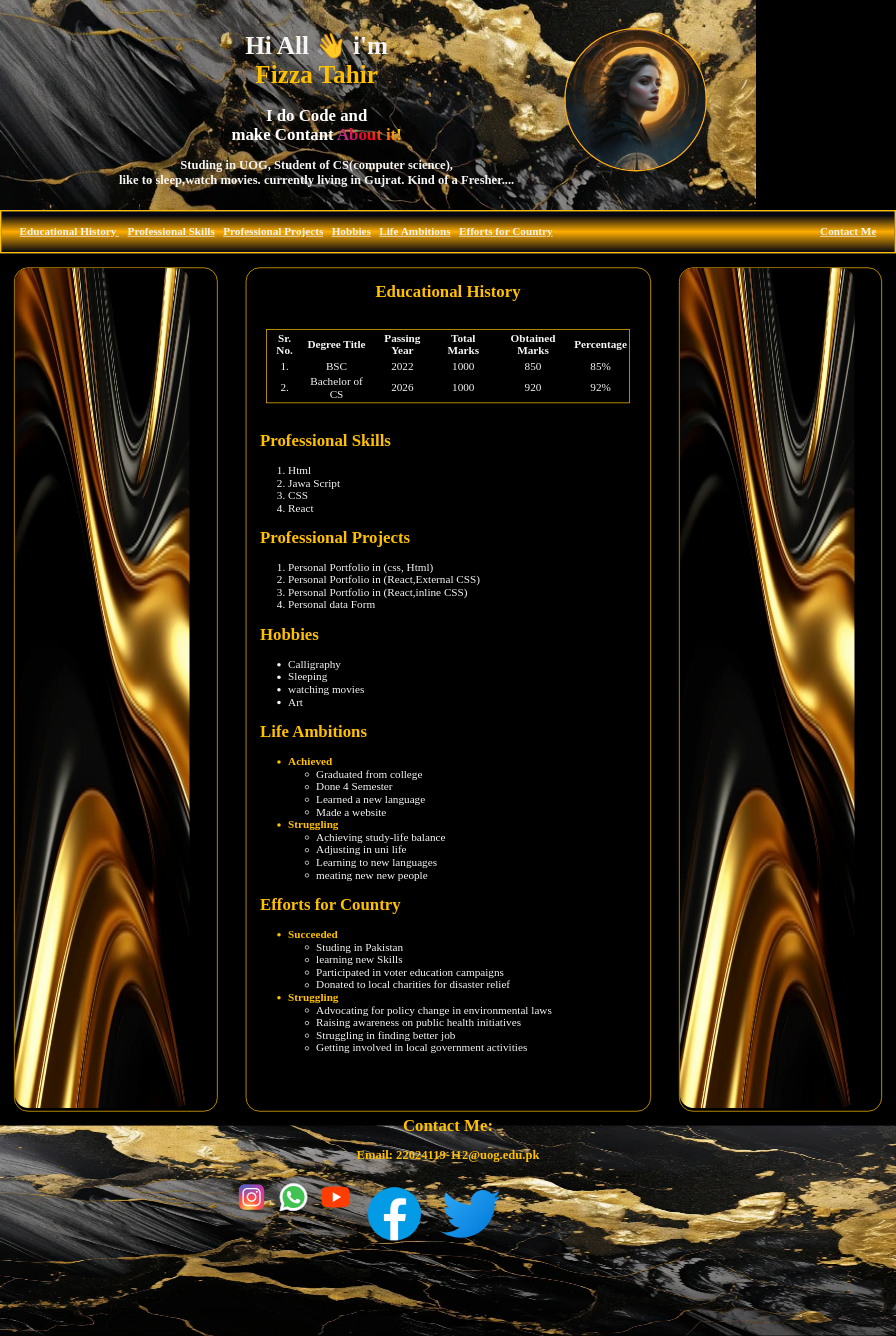
Repository: Fizza-112/project
Page: /
The author's editor kept a copy of each file at every save. The page is drawn from the files as they stood at one save, then again after a run of saves.
The browser window is 1280 px wide. The pictures show the whole page, at 70% of full size.
The project was rebuilt for these pictures with package versions that can differ from the ones it lists, and the page was loaded fresh each time. Also part of the build but not shown: vite.config.ts.

Above is the page before, as saved 2024-09-20 13:44:28.

After the next 4 saves:
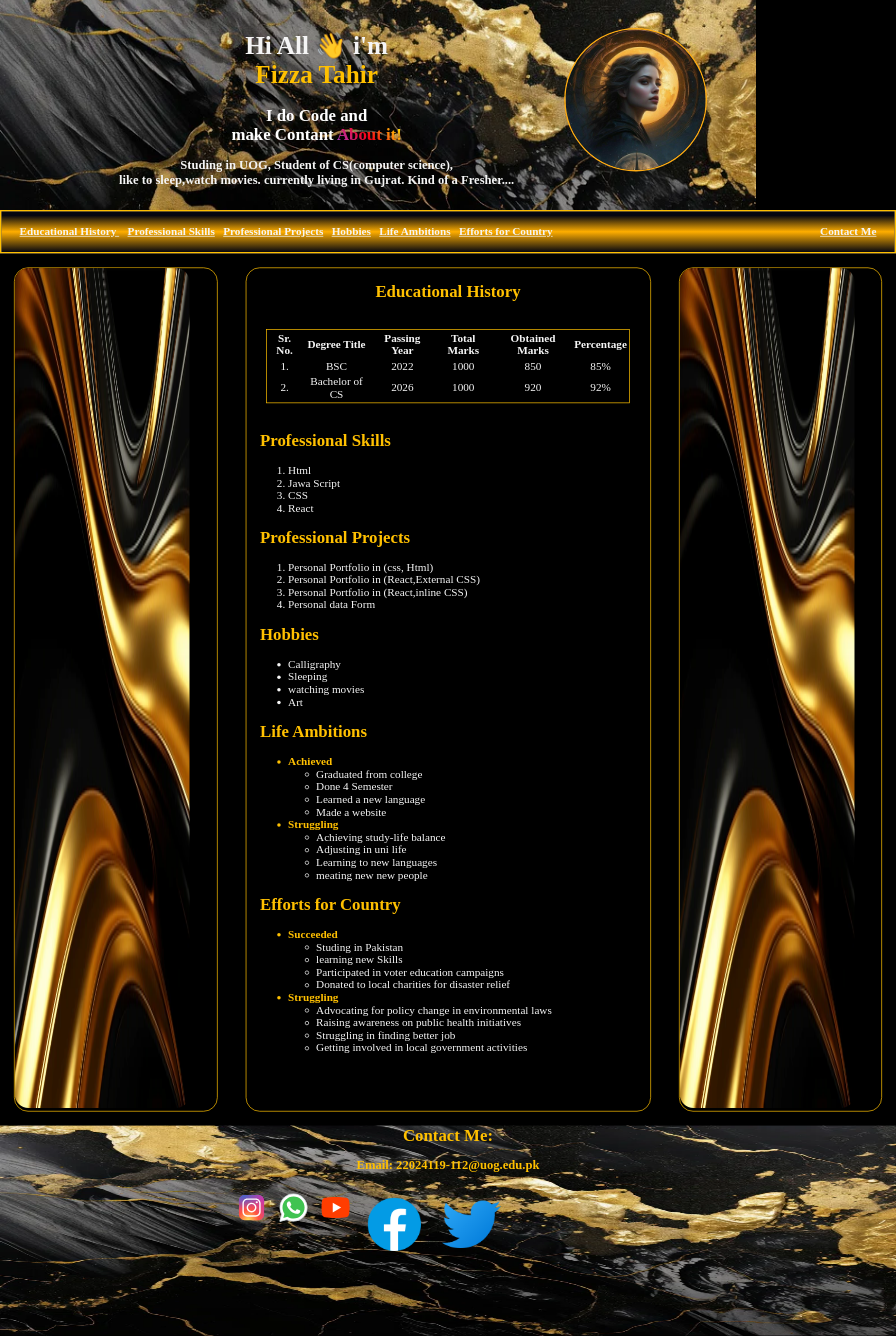
The 4 saves are shown as one change because they came seconds apart.
The last was saved 12 s later.
--- a/src/App.css
+++ b/src/App.css
@@ -265,6 +265,7 @@
   font-weight: bold;
   margin-bottom: 10px;
  color:#ffc000;
+ padding-top: 30px;
 
 
 }

After the 3 saves that followed:
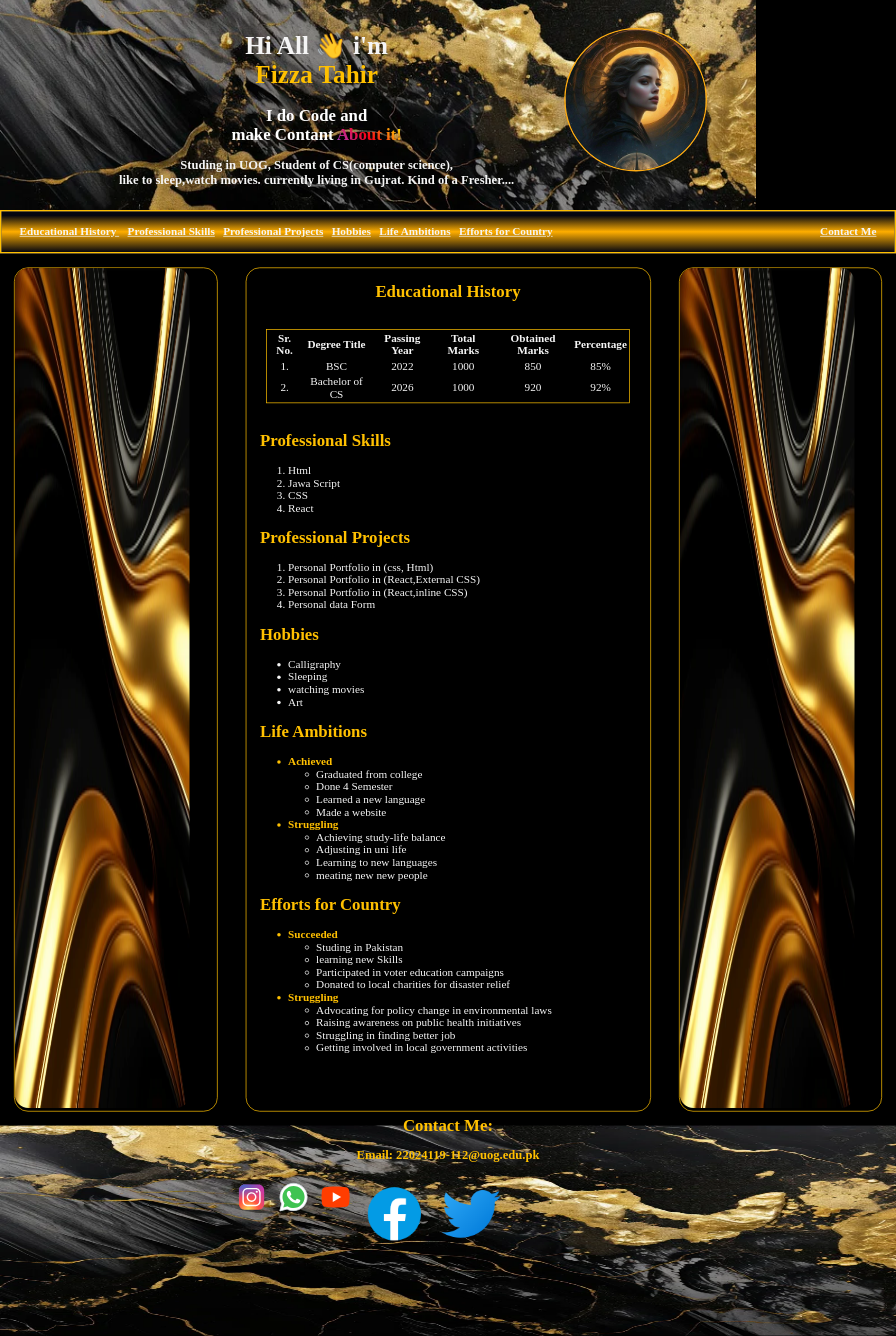
The 3 saves are shown as one change because they came seconds apart.
The last was saved 14 s later.
--- a/src/App.css
+++ b/src/App.css
@@ -265,7 +265,7 @@
   font-weight: bold;
   margin-bottom: 10px;
  color:#ffc000;
- padding-top: 30px;
+ padding-top: 70;
 
 
 }
